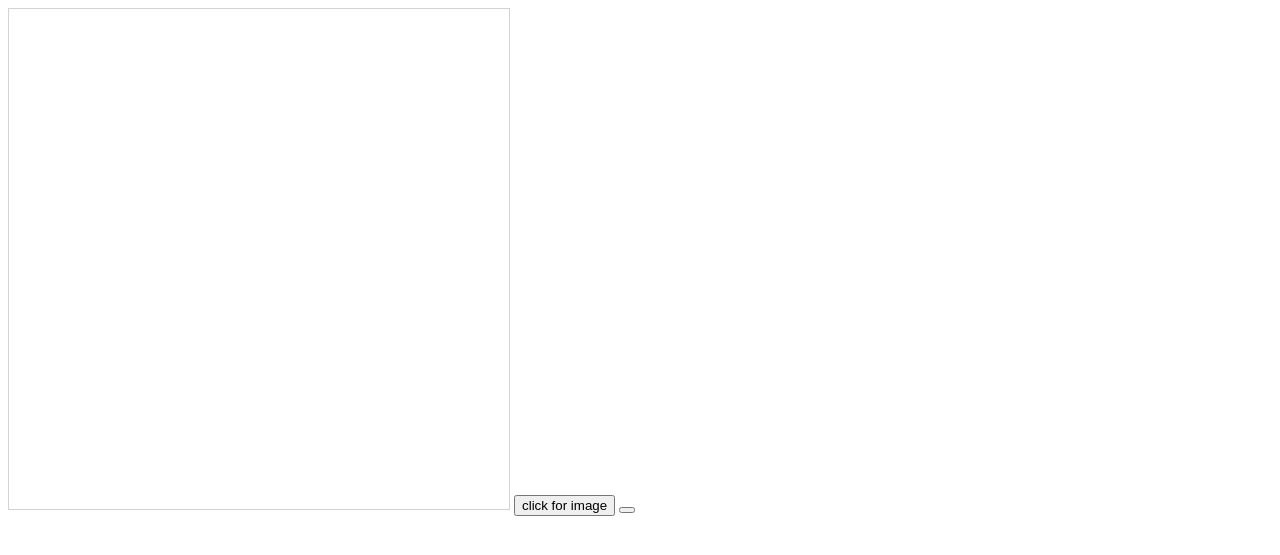
Repository: krishnatejadinavahi/projects
Page: Game/firstjs/WebContent/index.html
The author's editor kept a copy of each file at every save. The page is drawn from the files as they stood at one save, then again after the next save.
The browser window is 1280 px wide. The pictures show the whole page.
After loading, the first visible `#b1` was clicked once.

Above is the page before, as saved 2015-06-05 06:15:00.

### Game/firstjs/WebContent/index.html
<!DOCTYPE html>
<html>
<head>
<meta charset="ISO-8859-1">
<title>Insert title here</title>

</head>
<body>
<canvas id="myCanvas" width="500" height="500" style="border:1px solid #d3d3d3;"> </canvas>
<button id="b1" onClick="heya()">click for image</button>
<button id="b2" onClick="testing()"></button>
<script src="scripts/main.js"></script>
</body>
</html>

### Game/firstjs/WebContent/scripts/main.js
var c=document.getElementById("myCanvas");
var ctx=c.getContext("2d");
var img=new Image();
img.onLoad=function()
{
	img.status=false;
}
img.src = "ee.jpg";
var heya=function(){
	img.status=true;
	alert(img.status)
}
var testing=new function(){
	if(img.status==true)
		{
		ctx.drawImage(img,0,0);
		}
}

After the next save:
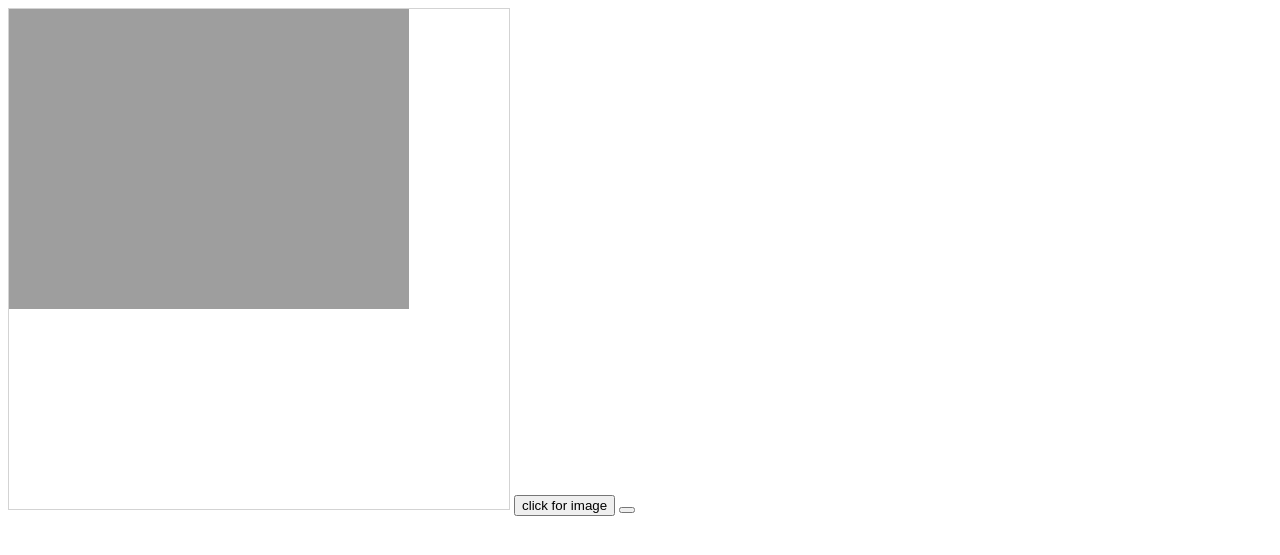
Saved 35 s later.
--- a/Game/firstjs/WebContent/scripts/main.js
+++ b/Game/firstjs/WebContent/scripts/main.js
@@ -8,11 +8,9 @@ img.onLoad=function()
 img.src = "ee.jpg";
 var heya=function(){
 	img.status=true;
-	alert(img.status)
+	alert(img.status);
+	if(img.status==true)
+	{
+	ctx.drawImage(img,0,0);
+	}
 }
-var testing=new function(){
-	if(img.status==true)
-		{
-		ctx.drawImage(img,0,0);
-		}
-}
